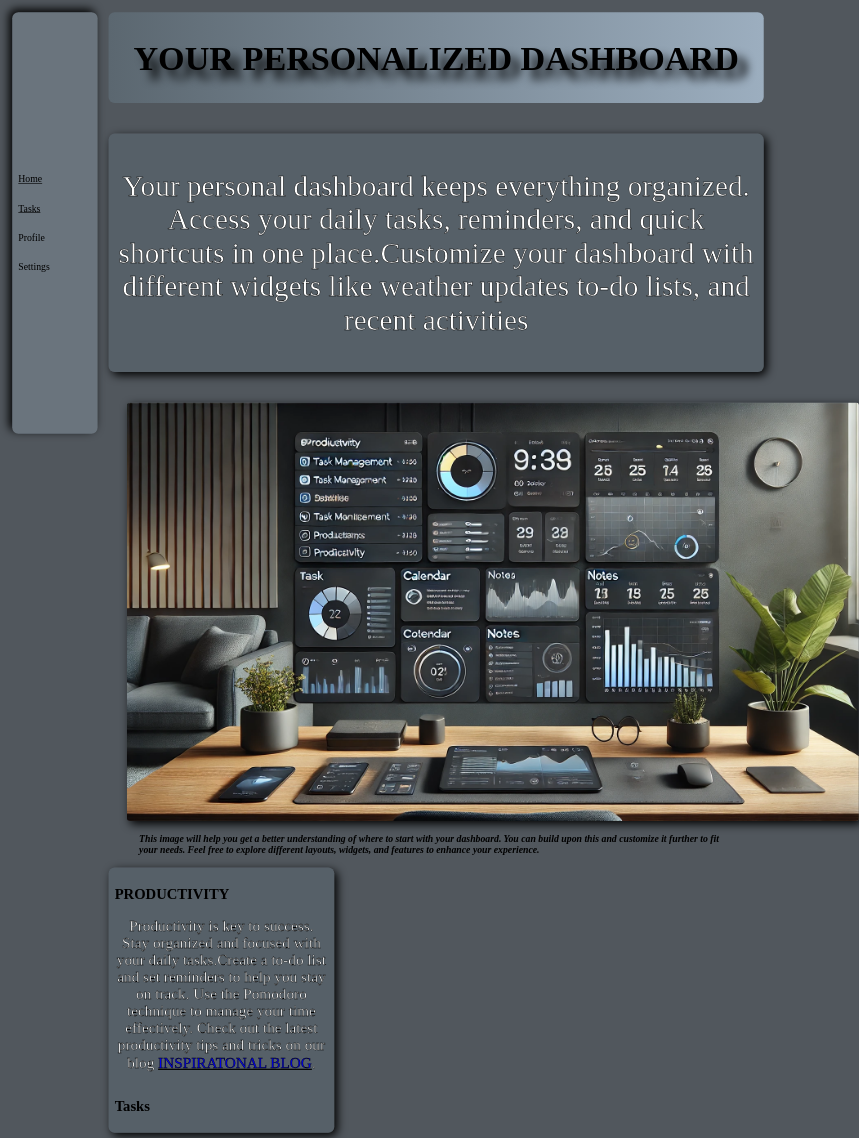
Repository: Parnicoza/testecomplete
Page: testcomplet-14.html
The author's editor kept a copy of each file at every save. The page is drawn from the files as they stood at one save, then again after the next save.
The browser window is 1280 px wide. The page is 1408 px wide, so the pictures cover 1408 px, including what lies to the right of the window. The pictures show the whole page, at 61% of full size.

Above is the page before, as saved 2025-02-28 13:44:50.

### testcomplet-14.html
<!DOCTYPE html>
<html lang="en">

<head>
    <title>Personal Dashboard</title>
    <link rel="stylesheet" href="stilizaretestcomplet-14.css">
    <link rel="icon" href="imaginitestecomplete/dashboard.ico">
</head>

<body>
    <div class="background-for-the-heading" id="Home">
        <h1 class="main-heading">Your Personalized Dashboard</h1>
    </div>

    <div class="thesamebackground">
        <p class="paragraph-gradient">Your personal dashboard keeps everything organized. Access your daily tasks,
            reminders, and quick shortcuts in one place.Customize your dashboard with different widgets like weather
            updates to-do lists, and recent activities</p>
    </div>

    <div class="divimage">
        <figure>
            <img src="imaginitestecomplete/productivity.jpg" alt="productivity image" width="1200" class="image"
                title="Productivity image" usemap="#dashboard-map" id="Tasks">
            <map name="dashboard-map">
                <area shape="rect" coords="341,127,487,280" href="https://blog.productivity.directory/"
                    alt="Productivity blog" target="_blank">
                <area shape="rect" coords="670,134,825,280" href="https://blog.productivity.directory/"
                    alt="Productivity blog" target="_blank">
            </map>
            <figcaption class="figcaption">This image will help you get a better understanding of where to start with
                your dashboard.
                You can build upon this and customize it further to fit your needs.
                Feel free to explore different layouts, widgets, and features to enhance your experience.
            </figcaption>
        </figure>
    </div>

    <div class="Dashboard">
        <div class="sidebar">
            <ul class="list">
                <li><a href="#Home" class="home" title="Press here to go to home page">Home</a></li>
                <li><a href="#Tasks" class="home" title="Click here to go to Tasks">Tasks</a></li>
                <li>Profile</li>
                <li>Settings</li>
            </ul>
        </div>
    </div>

    <div class="blocks">
        <div> <!--Acesta este primul block-->
            <h2 class="headingforblock">Productivity</h2>
            <p class="paragraph-gradient1">Productivity is key to success. Stay organized and focused with your daily tasks.Create a to-do list and set reminders to help you stay on track. Use the Pomodoro technique to manage your time effectively. Check out the latest productivity tips and tricks on our blog
                <a href="https://blog.productivity.directory/" target="_blank" title="Press here to find more tips and tricks">INSPIRATONAL BLOG</a>.
            </p>
        </div>

        <div>
            <h2 class="heading">Tasks</h2>
        </div>

    </div>
</body>

</html>

### stilizaretestcomplet-14.css
body{
    background-color:#51575D;
}

.main-heading{
    text-align: center;
    text-transform: uppercase;
    text-shadow: 15px 15px 15px black;
    font-size: 3.5em;
    color: black;
}

.background-for-the-heading{
    background: linear-gradient(to right, #5B6770, #9CAEBF);
    margin: 20px;
    padding: 5px;
    border-radius: 10px;
    margin-left: 170px;
}

.thesamebackground{
    background-color: rgba(91, 103, 112, 0.6) ;
    margin-left: 170px;
    margin-top: 50px;
    text-align: center;
    padding: 10px;
    border-radius: 10px;
    box-shadow: 5px 5px 15px black;
    margin-right: 20px;
}

.paragraph-gradient{
    color: #ffff;
    font-size: 3em;
    -webkit-text-stroke: 0.7px black;
    text-align: center;
}

.quote{
    border: 1px dotted black;
    padding: 10px;
    margin-left: 150px;
}

.divider{
    border: none;
    height: 4px;
    background-color: lightgray;
    border: 3px dotted black;
    margin: 14px;
    margin-left: 150px;
}

.image{
    border-radius: 5px;
    box-shadow: 5px 5px 15px black;
    display: block;
    margin: 0 auto;
}

.picture{
    margin-left: 160px;
}

.Dashboard{
    display: flex;
}

.sidebar{
    display: flex;
    flex-direction: column;
   width: 140px;
   position: fixed;
   left: 0;
   top: 0;
   height: 96vh;
   justify-content: center;
   margin: 20px;
   background-color: #6A747D;
    border-radius: 10px;
    box-shadow: -5px -5px 15px black;

}

.list{
    list-style-type: none;
    display: flex;
    flex-direction: column;
    gap: 30px;
    padding: 0;
    margin-left: 10px;
}

.container{
    margin-left: 160px;
}

.divimage{
    display: block;
    margin-left: 160px;
    margin-top: 50px;

}

.figcaption{
    font-style: italic;
    font-weight: bold;
    margin: 20px;
}

.home{
    color: black;
}

.blocks{
display: flex;
flex-direction: column;
justify-content: center;
width: 350px;
margin-left: 170px;
background-color: rgba(91, 103, 112, 0.6);
    box-shadow: 5px 5px 15px black;
    border-radius: 10px;
    padding: 10px;
}

.headingforblock{
    text-align: left;
    text-transform: uppercase;
    font-weight: bold;
    color: black;
    display: flex;
}

.paragraph-gradient1{
    color: #ffff;
    -webkit-text-stroke: 0.6px black;
    font-size: 25px;
    text-align: center;
}

After the next save:
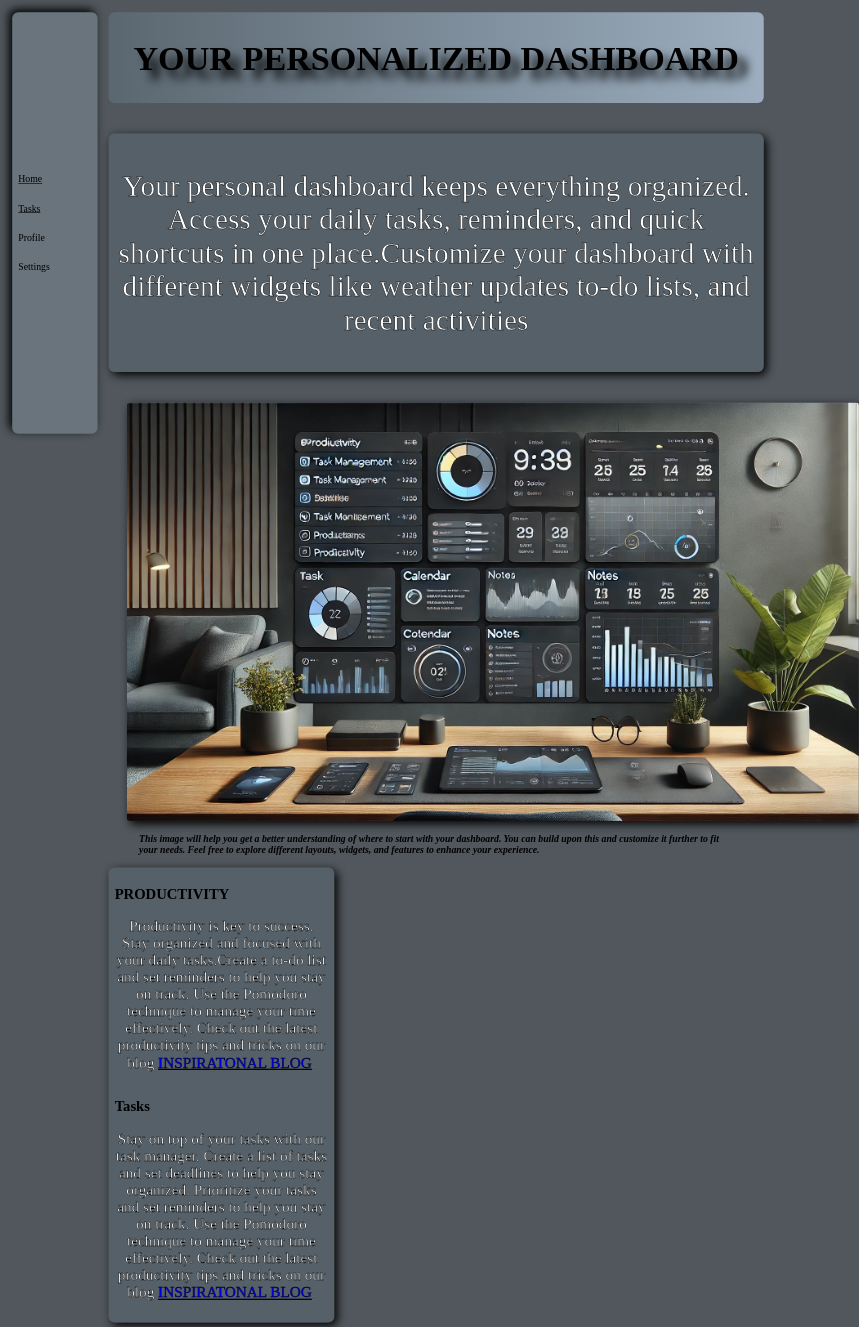
Saved 70 s later.
--- a/testcomplet-14.html
+++ b/testcomplet-14.html
@@ -55,8 +55,10 @@
             </p>
         </div>
 
-        <div>
+        <div><!--Acesta este al doilea block-->
             <h2 class="heading">Tasks</h2>
+            <p class="paragraph-gradient1">Stay on top of your tasks with our task manager. Create a list of tasks and set deadlines to help you stay organized. Prioritize your tasks and set reminders to help you stay on track. Use the Pomodoro technique to manage your time effectively. Check out the latest productivity tips and tricks on our blog
+                <a href="https://blog.productivity.directory/" target="_blank" title="Press here to find more tips and tricks">INSPIRATONAL BLOG</a>.
         </div>
 
     </div>
